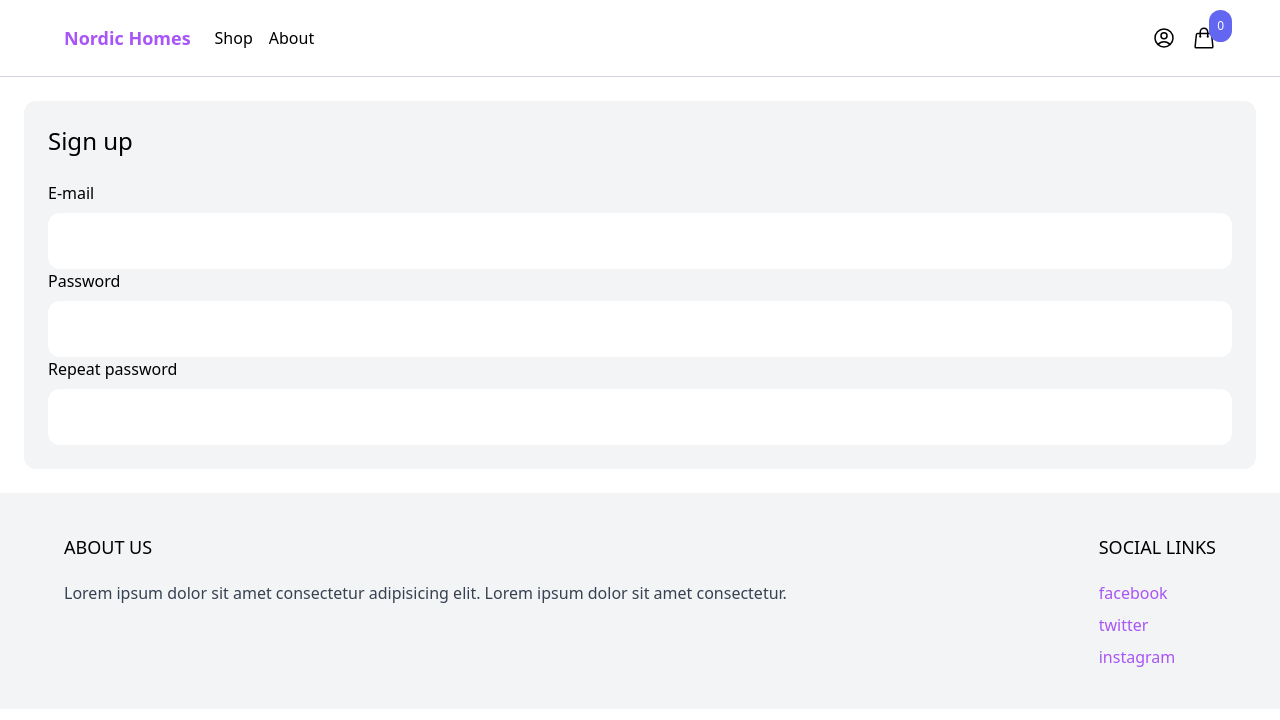
Repository: Calin224/NordicHomes
Page: core/templates/core/signup.html
These files come from the project's save history. The page is drawn as it stood at one moment and after the next save; the edit follows.
The browser window is 1280 px wide. The pictures show the whole page.
Some web libraries are served in a nearby version. The template is drawn by Django 4.2. The application's start-up code is not run. The template is opened directly, without the code that normally fills it, so the values that code supplies are empty.

Above is the page before, as saved 2023-02-15 21:40:05.

After the next save:
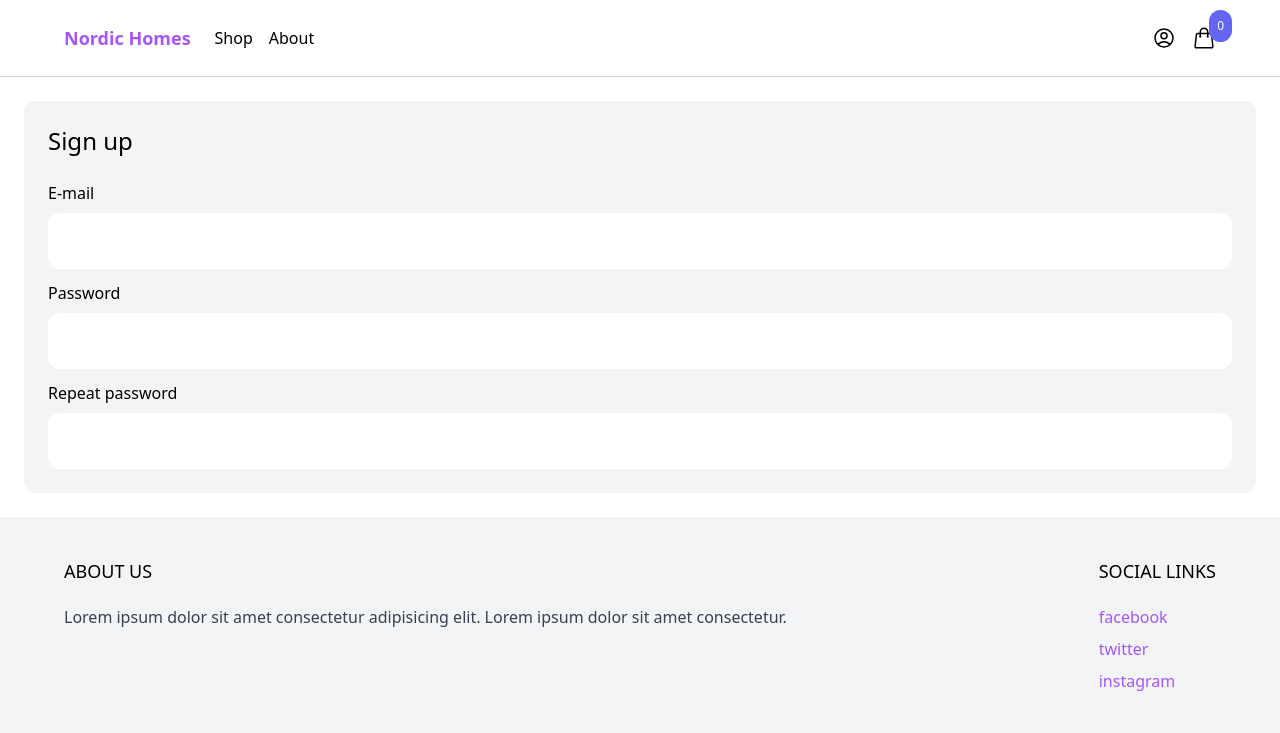
Saved 7 s later.
--- a/core/templates/core/signup.html
+++ b/core/templates/core/signup.html
@@ -6,7 +6,7 @@
     <div class="w-full bg-gray-100 p-6 rounded-xl">
         <h1 class="mb-6 text-2xl">Sign up</h1>
 
-        <form action="." method="post">
+        <form action="." method="post" class="space-y-3">
             <div>
                 <label for="">E-mail</label>
                 <input type="email" class="w-full mt-2 py-4 px-6 bg-white rounded-xl focus:outline-none">
